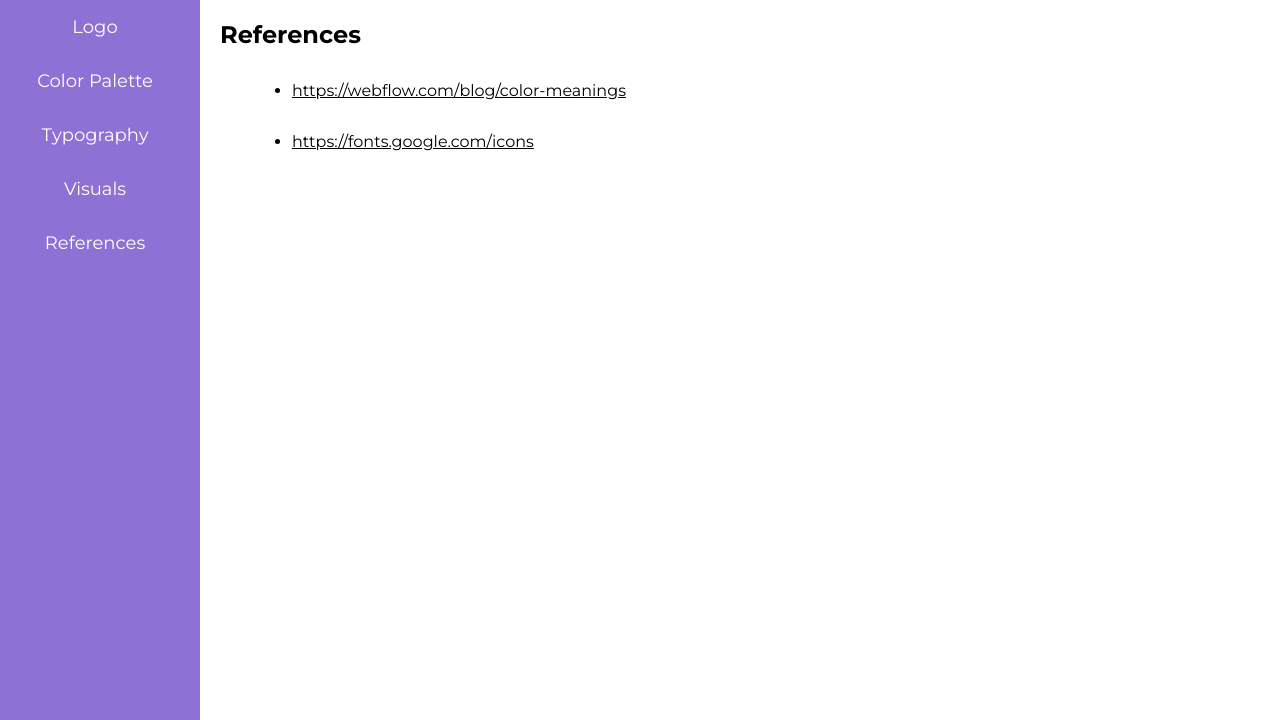
Repository: Irinalimm/PocketProfs-A5Styleguide
Page: pages/references.html
The author's editor kept a copy of each file at every save. The page is drawn from the files as they stood at one save, then again after the next save.
The browser window is 1280 px wide. The pictures show the whole page.
Some web libraries are served in a nearby version.

Above is the page before, as saved 2024-04-10 22:21:46.

After the next save:
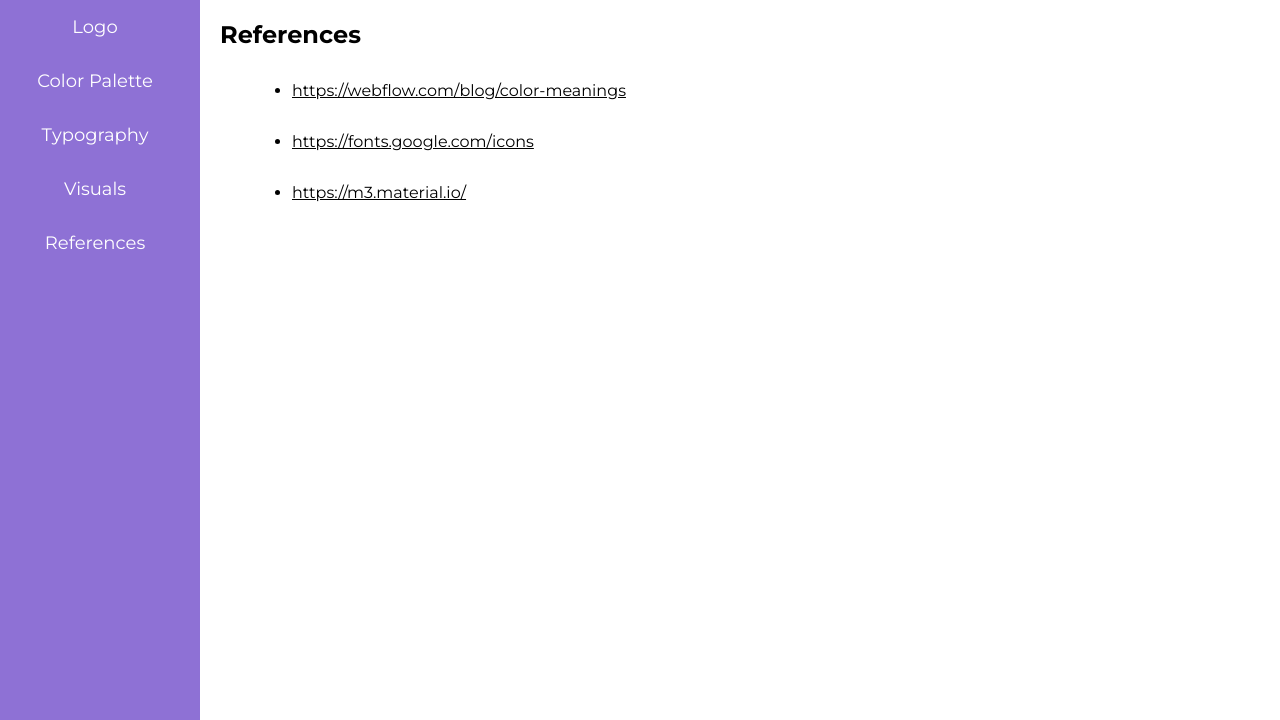
Saved 56 s later.
--- a/pages/references.html
+++ b/pages/references.html
@@ -27,8 +27,8 @@
     <div class="outer-container">
       <ul>
         <li><a href="https://webflow.com/blog/color-meanings">https://webflow.com/blog/color-meanings</a></li>
-
         <li><a href="https://fonts.google.com/icons">https://fonts.google.com/icons</li>
+          <li><a href="https://m3.material.io/">https://m3.material.io/</a></li>
       </ul>
 
     </div>
